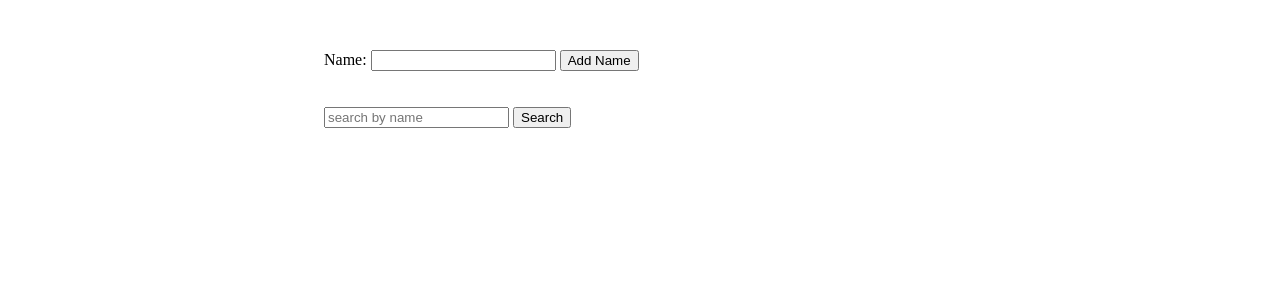
Repository: Theracon/Simple-mysql-node-app
Page: client/index.html
An editor plug-in stored every save of this project. The page is shown before and after the next save, followed by the edit.
The browser window is 1280 px wide. The pictures show the whole page.

Above is the page before, as saved 2021-06-04 09:11:16.

After the next save:
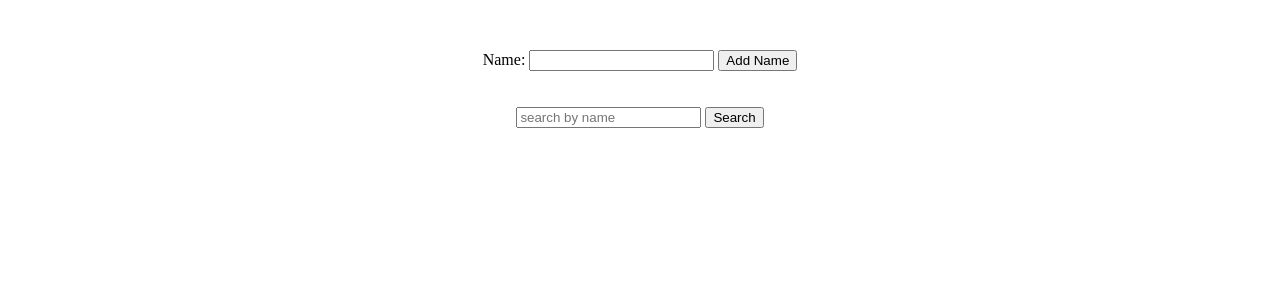
Saved 6 s later.
--- a/client/stylesheet.css
+++ b/client/stylesheet.css
@@ -1,4 +1,5 @@
 main {
     width: 50%;
     margin: 50px auto;
+    text-align: center;
 }
